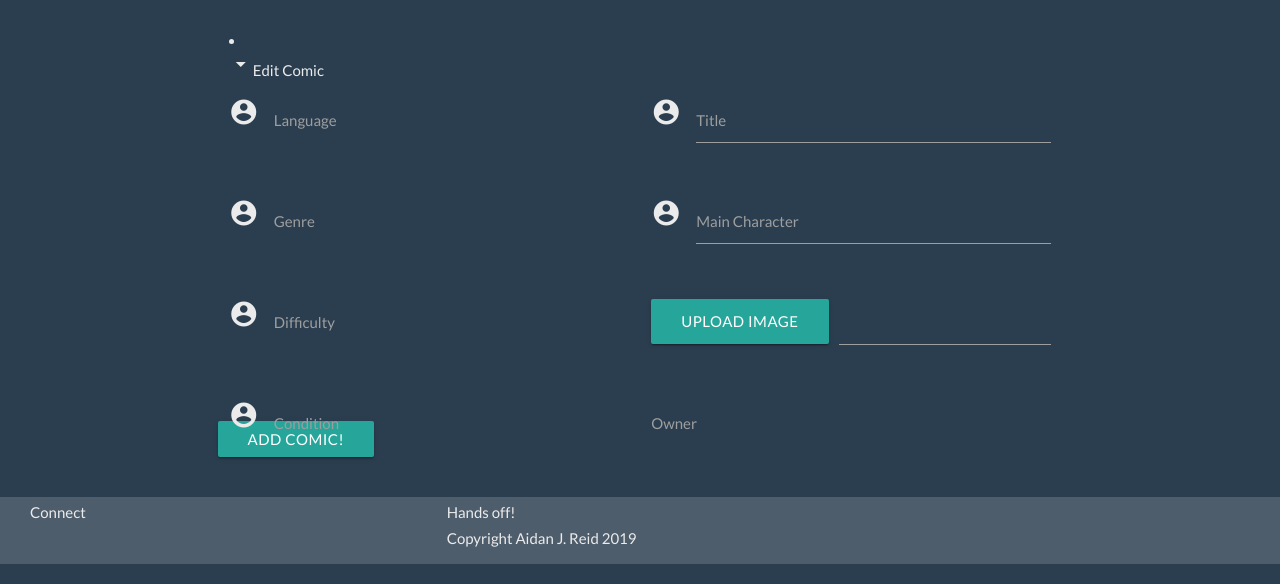
Repository: AidanJReid/Forex-Comix
Page: templates/editcomic.html
The author's editor kept a record of every edit. The page is drawn from the files as they stood at one moment, then again after the next edit.
The browser window is 1280 px wide. The pictures show the part of the page from y = 365 to 949 px (the page is 949 px tall before and 927 px after).
The page is served by the project's application, run on Flask 3 (run.py). The template is opened directly, without the code that normally fills it, so the values that code supplies are empty.

Above is the page before.
Console error: TypeError: $(...).formSelect is not a function

### templates/editcomic.html
{% extends 'base.html' %} {% block content %}

<div class="container row">
    <div class="col">
            <li>
                <div><i class="material-icons">arrow_drop_down</i>Edit Comic</div>
                <div>
                    <form action="{{ url_for('insert_comic') }}" method="POST">
                        <div class="row">
                            <div class="input-field col s6">
                                <i class="material-icons prefix">account_circle</i>
                                <select id="language" name="language">
                                    <option value="" disabled selected>Choose your language</option>
                                    {% for language in languages %}
                                            {% if language.language == comic.language %}
                                            <option value="{{ language.language }}" selected >{{ language.language }}</option>
                                            {% else %}
                                            <option value="{{ language.language }}" selected >{{ language.language }}</option>
                                        {% endif %}
                                    {% endfor %}
                                </select>
                                <label for="language">Language</label>
                            </div>
                            <div class="input-field col s6">
                                <i class="material-icons prefix">account_circle</i>
                                <input id="title" name="title" type="text">
                                <label for="title">Title</label>
                            </div>
                        </div>
                        <div class="row">
                            <div class="input-field col s6">
                                <i class="material-icons prefix">account_circle</i>
                                <select id="genre" name="genre">
                                    <option value="" disabled selected>Choose genre</option>
                                    <option value="Horror">Horror</option>
                                    <option value="Sci-Fi">Sci-Fi</option>
                                    <option value="Comedy">Comedy</option>
                                    <option value="Erotica">Erotica</option>
                                    <option value="Fantasy">Fantasy</option>
                                    <option value="Other">Other</option>
                                </select>
                                <label for="genre">Genre</label>
                            </div>
                            <div class="input-field col s6">
                                <i class="material-icons prefix">account_circle</i>
                                <input id="character" type="text" name="character">
                                <label for="character">Main Character</label>
                            </div>
                        </div>
                        <div class="row">
                            <div class="input-field col s6">
                                <i class="material-icons prefix">account_circle</i>
                                <select id="difficulty" name="difficulty">
                                    <option value="" disabled selected>Choose difficulty</option>
                                    <option value="Easy">Easy</option>
                                    <option value="Medium">Medium</option>
                                    <option value="Hard">Hard</option>
                                </select>
                                <label for="difficulty">Difficulty</label>
                            </div>
                            <div class="file-field input-field col s6">
                                <div class="btn">
                                    <span>Upload Image</span>
                                    <input id="image_source" type="file" name="image_source">
                                </div>
                                <div class="file-path-wrapper">
                                    <input class="file-path validate" type="text">
                                </div>
                            </div>
                        </div>
                        <div class="row">
                            <div class="input-field col s6">
                                <i class="material-icons prefix">account_circle</i>
                                <select id="condition" name="condition">
                                    <option value="" disabled selected>Choose comic condition</option>
                                    <option value="Bad condition">Bad condition</option>
                                    <option value="Passable">Passable</option>
                                    <option value="Good">Good</option>
                                    <option value="As good as new">As good as new</option>
                                </select>
                                <label for="condition">Condition</label>
                            </div>
                            <div class="input-field col s6">
                                <select id="owner" name="owner">
                                <option value="" disabled selected>Choose Ownership</option>
                                    {% for owner in owner %}
                                    <option value="{{ owner.owner }}">{{ owner.owner }}</option>
                                    {% endfor %}
                                </select>
                                <label for="owner">Owner</label>
                            </div>
                        </div>
                        <div class="row">
                            <button type="submit" name="action" class="btn btn-primary">Add Comic!</button>
                        </div>
                    </form>
                </div>
            </li>
    </div>
</div>

{% endblock %}

### templates/base.html
<!DOCTYPE html>
<html lang="en">

<head>
    <meta charset="UTF-8">
    <meta name="viewport" content="width=device-width, initial-scale=1.0">
    <meta http-equiv="X-UA-Compatible" content="ie=edge">
    <link href="https://fonts.googleapis.com/icon?family=Material+Icons" rel="stylesheet">
    <link rel="stylesheet" href="{{ url_for('static', filename='css/bootstrap.min.css') }}" type="text/css">
    <link rel="stylesheet" href="https://cdnjs.cloudflare.com/ajax/libs/materialize/0.100.2/css/materialize.min.css">
    <link rel="stylesheet" href="{{ url_for('static', filename='css/style.css') }}" type="text/css">
    <title>Forex-Comix</title>
</head>

<body>

    <!--Navbar-->

    <nav class="navbar navbar-expand-lg navbar-light bg-light">
        <button class="navbar-toggler" type="button" data-toggle="collapse" data-target="#navbarColor03" aria-controls="navbarColor03" aria-expanded="false" aria-label="Toggle navigation">
    <span class="navbar-toggler-icon"></span>
  </button>

        <div class="collapse navbar-collapse" id="navbarColor03">
            <ul class="navbar-nav mr-auto">
                <li class="nav-item active">
                    <a class="nav-link" href="{{ url_for('index') }}">Home<span class="sr-only">(current)</span></a>
                </li>
                <li class="nav-item">
                    <a class="nav-link" href="{{ url_for('learner') }}">Learner</a>
                </li>
                <li class="nav-item">
                    <a class="nav-link" href="{{ url_for('bookseller') }}">Bookseller</a>
                </li>
                <li class="nav-item">
                    <a class="nav-link" href="{{ url_for('school') }}">School</a>
                </li>
                <li class="nav-item">
                    <a class="nav-link" href="{{ url_for('database') }}">Database</a>
                </li>
                <li class="nav-item">
                    <a class="nav-link" href="{{ url_for('addcomic') }}">Add Comic</a>
                </li>
                <li class="nav-item">
                    <a class="nav-link" href="{{ url_for('contact') }}">Contact</a>
                </li>
                <li class="nav-item">
                    <a class="nav-link" href="{{ url_for('login') }}">Login</a>
                </li>
            </ul>
        </div>
    </nav>


    <!--Page Header-->

    <header>
        <div class="jumbotron" style="background-image: url('https://static.wixstatic.com/media/9a9a38_f3f2b69e0f21490abdf4a212a75a5c34~mv2_d_3000_2000_s_2.jpg/v1/fill/w_640,h_484,al_c,q_80,usm_0.66_1.00_0.01/9a9a38_f3f2b69e0f21490abdf4a212a75a5c34~mv2_d_3000_2000_s_2.webp')">
            <div class="container" style="background: white">
                <h1 class="display-3">Forex-Comix</h1>
                <p class="lead">New and used foreign comics for language exchange</p>
            </div>
        </div>
    </header>



    <!--Main Container-->

    <div class="container-fluid">

        {% block content %} {% endblock %}

    </div>

    <!--Footer-->

    <div class="container-fluid footer footer-dark bg-dark">
        <footer="container">
            <div class="row">
                <div class="col-sm-4 foot-col">
                    <h6>Connect</h6>
                    <a href="https://www.facebook.com/aidanjreidauthor/" target="_blank"><i class="fa fa-facebook fa-2x"></i></a>
                    <a href="http://www.twitter.com/aidanjreid" target="_blank"><i class="fa fa-twitter fa-2x"></i></a>
                    <a href="https://www.linkedin.com/in/aidanreid/" target="_blank"><i class="fa fa-linkedin fa-2x"></i></a>
                </div>
                <div class="col-sm-4 foot-col">
                    <h6>Hands off!</h6>
                    <p>Copyright Aidan J. Reid 2019</p>
                </div>
            </div>
            </footer>
    </div>

    <!--Custom Scripts-->

    <script src="https://ajax.googleapis.com/ajax/libs/jquery/3.4.1/jquery.min.js"></script>
    <script src="https://cdnjs.cloudflare.com/ajax/libs/materialize/0.100.2/js/materialize.min.js"></script>
    <script src="https://maxcdn.bootstrapcdn.com/bootstrap/4.3.1/js/bootstrap.min.js"></script>
    <script src="{{ url_for('static', filename='jss/main.js') }}"></script>

</body>

</html>

### run.py
import os

from flask import Flask, render_template, request, url_for, redirect, flash
from flask_pymongo import PyMongo
from bson.objectid import ObjectId

app = Flask(__name__)

app.config["MONGO_DBNAME"] = 'ForexComix'
app.config["MONGO_URI"] = 'mongodb+srv://natureboy:ttDFW9m3@myfirstcluster-fbekj.mongodb.net/ForexComix?retryWrites=true&w=majority'

mongo = PyMongo(app)

@app.route('/')
def index():
    return render_template('index.html')

@app.route('/learner')
def learner():
    return render_template('learner.html', page_title='Learner')

@app.route('/bookseller')
def bookseller():
    return render_template('bookseller.html', page_title='Bookseller')

@app.route('/school')
def school():
    return render_template('school.html', page_title='School')

@app.route('/login')
def login():
    return render_template('login.html', page_title='Login')

@app.route('/addcomic')
def addcomic():
    return render_template('addcomic.html', page_title='Add Comic',
    languages=mongo.db.Languages.find(),
    owner=mongo.db.owner.find())

@app.route('/insert_comic', methods=['POST'])
def insert_comic():
    DBComix = mongo.db.DBComix
    DBComix.insert_one(request.form.to_dict())
    return redirect(url_for('database'))

@app.route('/database', methods=['GET'])
def database():
    return render_template('database.html', page_title='Database', DBComix=mongo.db.DBComix.find())

@app.route('/database/<comic_title>', methods=['GET'])
def database_comic(comic_title):
    return render_template('comic.html', DBComix=mongo.db.DBComix.findOne())

@app.route('/edit_comic/<DBComix_id>')
def edit_comic(DBComix_id):
    the_comic = mongo.db.DBComix.find_one({"_id": ObjectId(DBComix_id)})
    all_comics = mongo.db.languages.find(), mongo.db.condition.find(), mongo.db.difficulty.find(), mongo.db.owner.find()
    return render_template('editcomic.html',
        comic=the_comic, languages=all_comics,
        condition=all_comics,
        difficulty=all_comics,
        owner=all_comics, page_title='Add Comic')


@app.route('/contact', methods=['GET', 'POST'])
def contact():
    if request.method == 'POST':
        flash("Thanks {}, I got your message, loud and clear!".format(
              request.form['name']))
    return render_template('contact.html', page_title='Contact')

if __name__ == '__main__':
    app.run(host=os.environ.get('IP'),
            port=int(os.environ.get('PORT')),
            debug=True)

# Debug=true should be removed on submission!

### static/css/style.css
/* Home Page */


/*Profiles*/



/*Cards*/

.flip-card {
  background-color: transparent;
  width: 200px;
  height: 300px;
  border: 1px solid #f1f1f1;
  perspective: 1000px;
}

.flip-inner {
  position: relative;
  width: 100%;
  height: 100%;
  text-align: center;
  font-size: 12px;
  transition: transform 0.8s;
  transform-style: preserve-3d;
}

.flip-card:hover .flip-inner {
  transform: rotateY(180deg);
}

.flip-front,
.flip-back {
  position: absolute;
  width: 100%;
  height: 100%;
  backface-visibility: hidden;
}

.flip-back {
  padding-top: 0%;
  background-color: rgba(0, 0, 0, 0.20);
  color: white;
  transform: rotateY(180deg);
}

### static/js/main.js
/*global $*/

$(document).ready(function() {
    $('.collapsible').collapsible();
    $('select').formSelect();

});

Loaded but not shown: static/css/bootstrap.min.css (library)

After the next edit:
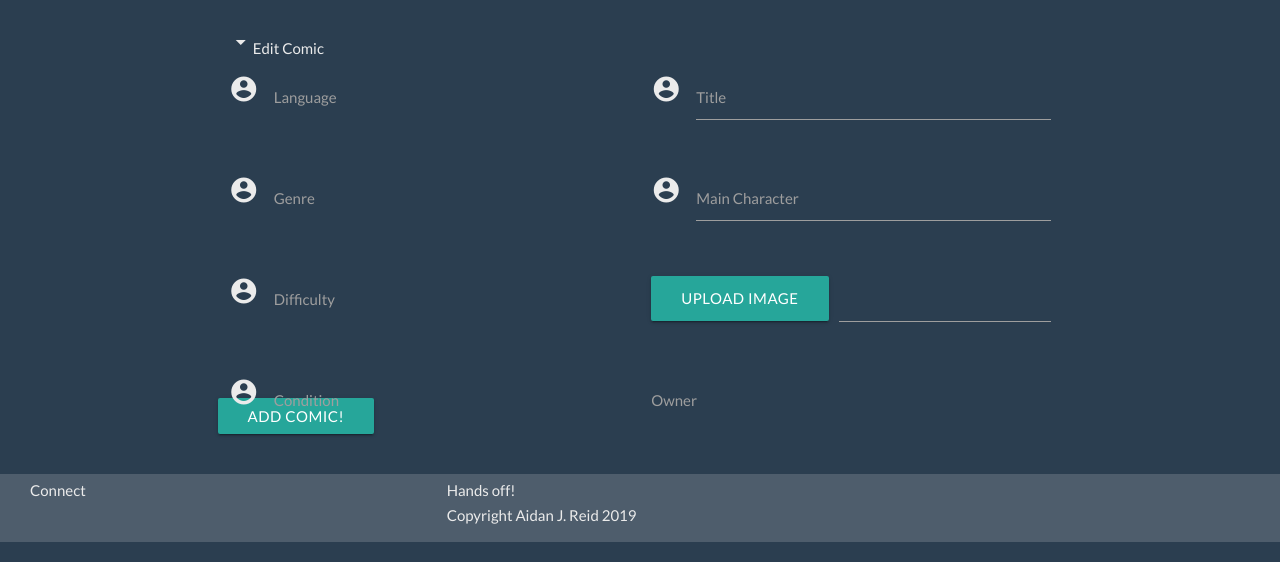
The edit:
--- a/templates/editcomic.html
+++ b/templates/editcomic.html
@@ -2,7 +2,6 @@
 
 <div class="container row">
     <div class="col">
-            <li>
                 <div><i class="material-icons">arrow_drop_down</i>Edit Comic</div>
                 <div>
                     <form action="{{ url_for('insert_comic') }}" method="POST">
